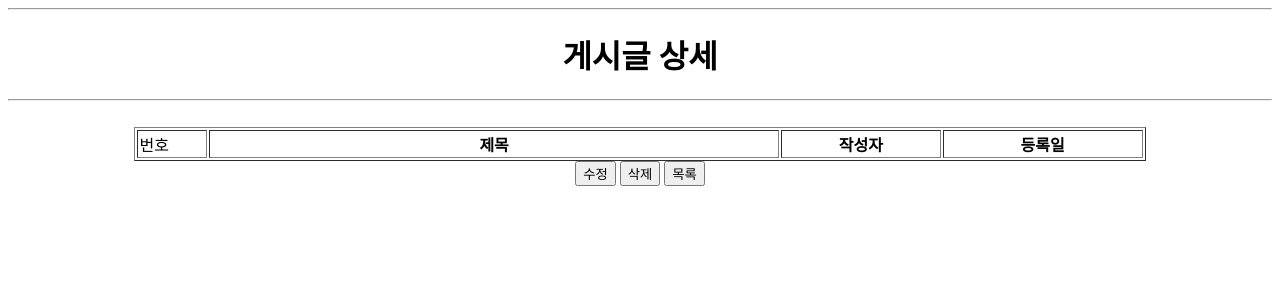
Repository: skim24245/web_workspace_src
Page: http://localhost/Mission-Web/jsp/board/detail.jsp
The author's editor kept a copy of each file at every save. The page is drawn from the files as they stood at one save, then again after the next save.
The browser window is 1280 px wide. The pictures show the whole page.
The page is served by Tomcat 9. Other server files are loaded and not shown. Queries for data that is not in the repository find no rows.

Above is the page before, as saved 2022-06-07 09:21:41.

### Mission-Web/src/main/webapp/jsp/board/detail.jsp
<%@page import="java.sql.ResultSet"%>
<%@page import="java.sql.PreparedStatement"%>
<%@page import="kr.ac.kopo.util.ConnectionFactory"%>
<%@page import="java.sql.Connection"%>
<%@ page language="java" contentType="text/html; charset=UTF-8"
    pageEncoding="UTF-8"%>
<%
//http://localhost:9999/Mission-Web/jsp/board/detail.jsp?no=23 이렇게 날라옴.데이터베이스 키보드에 가서 해당하는 게시글을 가져와서 화면에 뿌려주면 됌.
%>
<%
Connection conn = new ConnectionFactory().getConnection();
StringBuilder sql = new StringBuilder();
String no = request.getParameter("no");
sql.append("select no, title, writer, content, view_cnt, to_char(reg_date, 'yyyy-mm-dd')as reg_date ");
sql.append("from t_board ");
sql.append("where no = ? ");
PreparedStatement pstmt = conn.prepareStatement(sql.toString());
pstmt.setString(1,no);
pstmt.execute();
ResultSet rs = pstmt.executeQuery();
%>

<!DOCTYPE html>
<html>
<head>
<meta charset="UTF-8">
<title>Insert title here</title>
<script src="/Mission-Web/resource/js/jquery-3.6.0.min.js"></script>
<script>
$(document).ready(function(){
	$('#listBtn').click(function(){
		location.href = 'list.jsp'
	})
})
</script>
</head>
<body>
	<div align="center">
		<hr>
		<h1>게시글 상세</h1>
		<hr>
		<br>
		<table border="1" style="width: 80%">
			<tr>
				<td width="7%">번호</td>
				<th>제목</th>
				<th width="16%">작성자</th>
				<th width="20%">등록일</th>
			</tr>
			<%
			while(rs.next()){
				int num = rs.getInt("no");
				String title = rs.getString("title");
				String content = rs.getString("content");
				String view_cnt = rs.getString("view_cnt");
				String writer =rs.getString("writer");
				String regDate = rs.getString("reg_date");
			%>
			<tr>
				<td><%=num %></td>
				<td><%=title %></td>
				<td><%=content%></td>
				<td><%=view_cnt%></td>
				<td><%=writer %></td>
				<td><%=regDate %></td>
			</tr>

			<%
			}
			%>
		</table>



<button id="updateBtn">수정</button>
<button id="deleteBtn">삭제</button>
<button id="listBtn">목록</button>


</div>
</body>
</html>

### Mission-Web/src/main/java/kr/ac/kopo/util/ConnectionFactory.java
package kr.ac.kopo.util;

import java.sql.Connection;
import java.sql.DriverManager;

public class ConnectionFactory {

	public Connection getConnection() {

			Connection conn = null;

			try {
				Class.forName("oracle.jdbc.driver.OracleDriver");

				String url = "jdbc:oracle:thin:@192.168.119.119:1521:dink";
				String user = "scott";
				String password = "tiger";

				conn = DriverManager.getConnection(url, user, password);
			} catch (Exception e) {
				e.printStackTrace();
			}

			return conn;
		}
	}

Loaded but not shown: Mission-Web/src/main/webapp/resource/js/jquery-3.6.0.min.js (library)

After the next save:
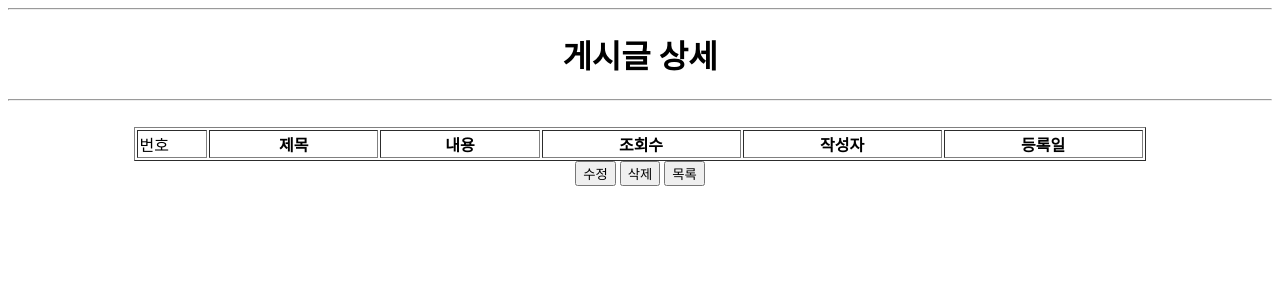
Saved 58 s later.
--- a/Mission-Web/src/main/webapp/jsp/board/detail.jsp
+++ b/Mission-Web/src/main/webapp/jsp/board/detail.jsp
@@ -44,7 +44,9 @@ $(document).ready(function(){
 			<tr>
 				<td width="7%">번호</td>
 				<th>제목</th>
-				<th width="16%">작성자</th>
+				<th width="16%">내용</th>
+				<th width="20%">조회수</th>
+				<th width="20%">작성자</th>
 				<th width="20%">등록일</th>
 			</tr>
 			<%
